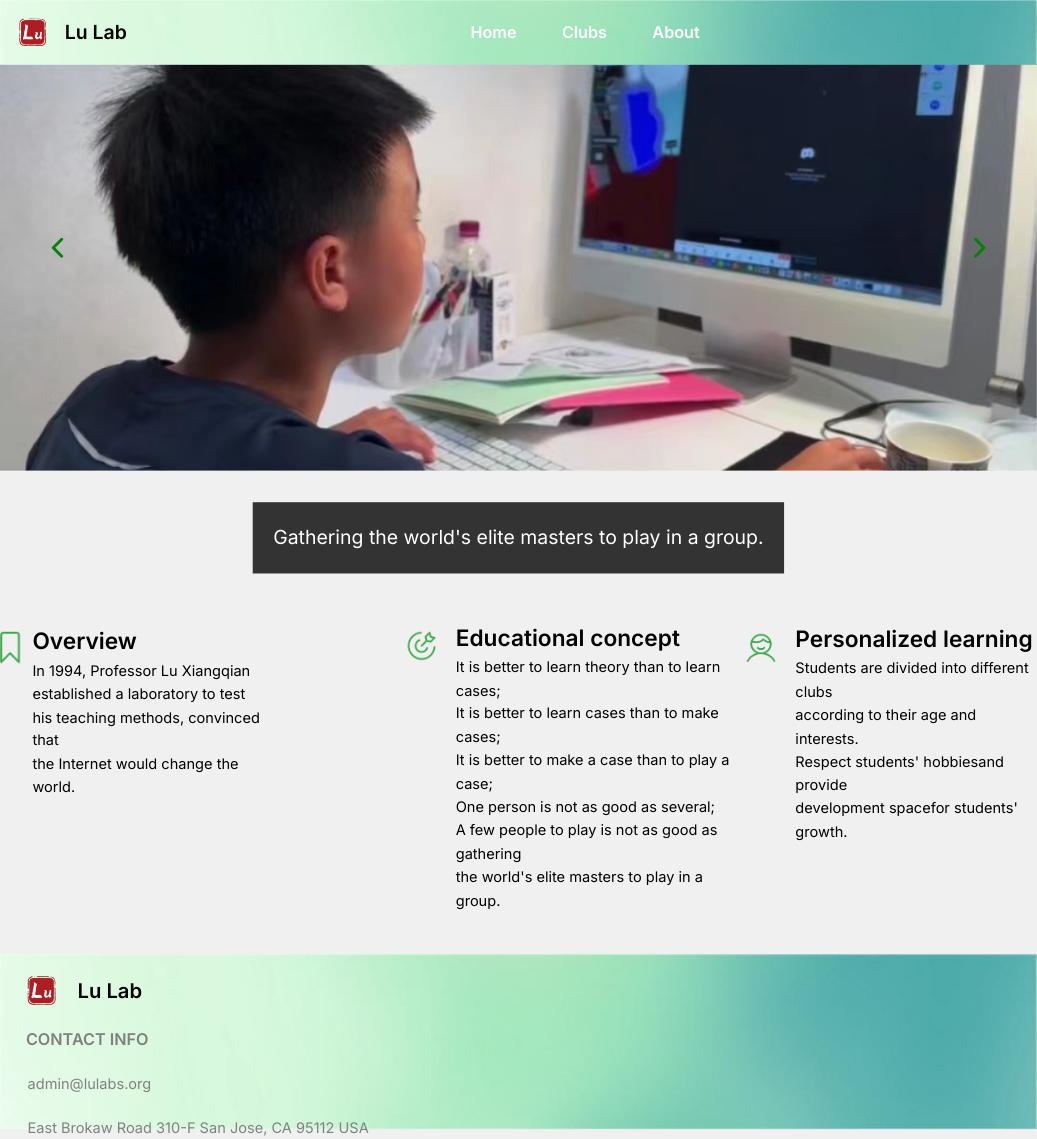
Repository: proflulab/lulab_website_next_js
Page: /
An editor plug-in stored every save of this project. The page is shown before and after the next save, followed by the edit.
The browser window is 1280 px wide. The pictures show the whole page, at 81% of full size.
The project was rebuilt for these pictures with package versions that can differ from the ones it lists, and the page was loaded fresh each time. The framework's server and built-in components were replaced by stand-ins that run in the browser. Also part of the build but not shown: next.config.js, next.config.mjs.

Above is the page before, as saved 2023-12-27 21:24:55.

### app/layout.tsx
import type { Metadata } from "next";
import { Inter } from "next/font/google";
import "./globals.css";

const inter = Inter({ subsets: ["latin"] });

export const metadata: Metadata = {
  title: "Lu Lab",
  description: "Lu Lab",
};

export default function RootLayout({
  children,
}: {
  children: React.ReactNode;
}) {
  return (
    <html lang="en">
      <body className={inter.className}>{children}</body>
    </html>
  );
}

### app/page.tsx
"use client";
import "./globals.css"; // 引入全局 CSS 文件

import React, { useState, useEffect, useRef } from "react";
import { FontAwesomeIcon } from "@fortawesome/react-fontawesome";
import {
  faChevronLeft,
  faChevronRight,
} from "@fortawesome/free-solid-svg-icons";
import Image from "next/image";

import Navbar from "./title/page";
import End from "./title/end";

// export default Navbar;

const Home: React.FC = () => {
  const [images, setImages] = useState<string[]>([]);
  const [currentImageIndex, setCurrentImageIndex] = useState<number>(0);

  useEffect(() => {
    const imageUrls = ["image3.jpg", "xueyuan.jpg", "image1.jpg"];
    setImages(imageUrls);
  }, []);

  useEffect(() => {
    const interval = setInterval(() => {
      setCurrentImageIndex((prevIndex) =>
        prevIndex === images.length - 1 ? 0 : prevIndex + 1
      );
    }, 5000);

    return () => clearInterval(interval);
  }, [images]);

  const showNextImage = () => {
    setCurrentImageIndex((prevIndex) =>
      prevIndex === images.length - 1 ? 0 : prevIndex + 1
    );
  };

  const showPreviousImage = () => {
    setCurrentImageIndex((prevIndex) =>
      prevIndex === 0 ? images.length - 1 : prevIndex - 1
    );
  };
  const [windowWidth, setWindowWidth] = useState<number>(0);

  const [isMobile, setIsMobile] = useState<boolean>(false);

  useEffect(() => {
    const handleResize = () => {
      const width = window.innerWidth;
      setIsMobile(width <= 768);
    };

    handleResize(); // 初始化时调用一次，设置初始的 isMobile 值

    window.addEventListener("resize", handleResize);

    return () => {
      window.removeEventListener("resize", handleResize);
    };
  }, []); // 空数组作为依赖，确保只在组件挂载时执行一次

  return (
    <>
      <Navbar />
      <div
        style={{
          display: "flex",
          flexDirection: "column",
          alignItems: "center",
        }}
      >
        <div
          style={{
            position: "relative",
            width: "100%",
            height: "85vh",
            maxWidth: "100%",
            maxHeight: "85vh",
          }}
        >
          {images.length > 0 && (
            // eslint-disable-next-line @next/next/no-img-element
            <img
              src={images[currentImageIndex]}
              alt={`Image ${currentImageIndex + 1}`}
              style={{
                width: "100%",
                height: "95%",
                objectFit: "cover",
                ...(isMobile
                  ? {
                      height: "75vh",
                      width: "100%",
                      objectFit: "cover",
                    }
                  : {}),
              }}
            />
          )}
          <div
            style={{
              position: "absolute",
              top: "50%",
              transform: "translateY(-50%)",
              left: "5%",
              right: "5%",
              display: "flex",
              justifyContent: "space-between",
            }}
          >
            <button
              onClick={showPreviousImage}
              style={{ color: "green", fontWeight: "bold", fontSize: "28px" }}
            >
              <FontAwesomeIcon icon={faChevronLeft} />
            </button>
            <button
              onClick={showNextImage}
              style={{ color: "green", fontWeight: "bold", fontSize: "28px" }}
            >
              <FontAwesomeIcon icon={faChevronRight} />
            </button>
          </div>
        </div>

        <div
          style={{
            position: "absolute",
            top: isMobile ? "400px" : "620px",
            justifyContent: "space-between",

            backgroundColor: "#333333",
            color: "#fff",
            padding: "25px",
            zIndex: 1,
            width: isMobile ? "80%" : "auto", // 根据屏幕大小更新宽度
          }}
        >
          <p style={{ fontSize: isMobile ? "20px" : "24px" }}>
            Gathering the world&apos;s elite masters to play in a group.
          </p>
        </div>

        <div
          style={{
            fontWeight: "bold",
            fontSize: "45px",
            color: "#000000",
            textAlign: "center",
            marginTop: "40px",
            marginBottom: "40px",
          }}
        >
          Welcome to Lu Lab
        </div>
        {isMobile && (
          <>
            <div
              style={{
                marginBottom: "20px",
                display: "flex",
                alignItems: "flex-start",
              }}
            >
              <Image
                src="/Overview.png"
                alt=""
                width={25}
                height={35}
                style={{ marginLeft: "-30px" }}
              />
              <div style={{ marginLeft: "15px" }}>
                <p
                  style={{
                    fontSize: "28px",
                    fontWeight: "600",
                    marginBottom: "5px",
                    marginTop: "-5px",
                  }}
                >
                  Overview
                </p>
                <p
                  style={{
                    fontSize: "18px",
                    fontWeight: "400",
                    lineHeight: "1.5",
                  }}
                >
                  In 1994, Professor Lu Xiangqian
                  <br /> established a laboratory to test
                  <br />
                  his teaching methods, convinced that
                  <br /> the Internet would change the world. <br />
                </p>
              </div>
            </div>

            <div
              style={{
                marginBottom: "20px",
                display: "flex",
                alignItems: "flex-start",
              }}
            >
              <Image
                src="/Edu.png"
                alt=""
                width={35}
                height={35}
                style={{ marginLeft: "35px" }}
              />
              <div style={{ marginLeft: "15px" }}>
                <p
                  style={{
                    fontSize: "28px",
                    fontWeight: "600",
                    marginBottom: "5px",
                    marginTop: "-5px",
                  }}
                >
                  Educational concept
                </p>
                <p
                  style={{
                    fontSize: "18px",
                    fontWeight: "400",
                    lineHeight: "1.5",
                  }}
                >
                  It is better to learn theory than to learn cases;
                  <br />
                  It is better to learn cases than to make cases;
                  <br />
                  It is better to make a case than to play a case;
                  <br />
                  One person is not as good as several;
                  <br />
                  A few people to play is not as good as gathering
                  <br />
                  the world&apos;s elite masters to play in a group.
                </p>
              </div>
            </div>

            <div
              style={{
                marginBottom: "20px",
                display: "flex",
                alignItems: "flex-start",
              }}
            >
              <Image
                src="/Person.png"
                alt=""
                width={35}
                height={35}
                style={{ marginLeft: "-15px" }}
              />
              <div style={{ marginLeft: "15px" }}>
                <p
                  style={{
                    fontSize: "28px",
                    fontWeight: "600",
                    marginBottom: "5px",
                    marginTop: "-5px",
                  }}
                >
                  Personalized learning
                </p>
                <p
                  style={{
                    fontSize: "18px",
                    fontWeight: "400",
                    lineHeight: "1.5",
                  }}
                >
                  Students are divided into different clubs
                  <br />
                  according to their age and interests.
                  <br />
                  Respect students&apos; hobbies and provide
                  <br />
                  development space for students&apos; growth.
                </p>
              </div>
            </div>
          </>
        )}

        {!isMobile && (
          <div
            style={{
              display: "flex",
              justifyContent: "left",
              marginTop: "20px",
            }}
          >
            <div style={{ flex: "1", marginRight: "160px" }}>
              <Image src="/Overview.png" alt="" width={25} height={35} />
              <div style={{ marginLeft: "40px" }}>
                <p
                  style={{
                    color: "black",
                    fontSize: "28px",
                    fontWeight: "600",
                    marginTop: "-50px",
                    textAlign: "left",
                  }}
                >
                  Overview
                </p>
                <p
                  style={{
                    color: "black",
                    fontSize: "18px",
                    fontWeight: "400",
                    textAlign: "left",
                  }}
                >
                  In 1994, Professor Lu Xiangqian
                  <br /> established a laboratory to test
                  <br />
                  his teaching methods, convinced that
                  <br /> the Internet would change the world. <br />
                </p>
              </div>
            </div>
            <div style={{ flex: "1.3", marginLeft: "20px" }}>
              {" "}
              <Image src="/Edu.png" alt="" width={35} height={35} />
              <div style={{ marginLeft: "60px" }}>
                <p
                  style={{
                    color: "black",
                    fontSize: "28px",
                    fontWeight: "600",
                    marginTop: "-50px",
                    textAlign: "left",
                  }}
                >
                  Educational concept
                </p>
                <p
                  style={{
                    color: "black",
                    fontSize: "18px",
                    fontWeight: "400",
                    textAlign: "left",
                  }}
                >
                  It is better to learn theory than to learn cases;
                  <br /> It is better to learn cases than to make cases;
                  <br /> It is better to make a case than to play a case;
                  <br /> One person is not as good as several;
                  <br /> A few people to play is not as good as gathering
                  <br /> the world&apos;s elite masters to play in a group.
                </p>
              </div>
            </div>
            <div style={{ flex: "1.11" }}>
              <Image src="/Person.png" alt="" width={35} height={35} />
              <div style={{ marginLeft: "60px" }}>
                <p
                  style={{
                    color: "black",
                    fontSize: "28px",
                    fontWeight: "600",
                    marginTop: "-50px",
                    textAlign: "left",
                  }}
                >
                  Personalized learning
                </p>
                <p
                  style={{
                    color: "black",
                    fontSize: "18px",
                    fontWeight: "400",
                    textAlign: "left",
                  }}
                >
                  Students are divided into different clubs
                  <br /> according to their age and interests.
                  <br /> Respect students&apos; hobbiesand provide
                  <br /> development spacefor students&apos; growth.
                </p>
              </div>
            </div>
          </div>
        )}

        <hr
          style={{
            marginBottom: "50px",
          }}
        />
        <End />
      </div>
    </>
  );
};

export default Home;

### app/globals.css
@tailwind base;
@tailwind components;
@tailwind utilities;
/* 全局样式 */
body {
  font-family: Arial, sans-serif;
  margin: 0;
  padding: 0;
  background-color: #f0f0f0;
  color: #333;
}

h1 {
  font-size: 2em;
  margin-bottom: 20px;
}

p {
  font-size: 16px;
  line-height: 1.5;
}

/* 媒体查询 */
/* 在小屏幕上应用的样式 */
/* globals.css 或者其他全局CSS文件 */
/* 在文件中添加媒体查询样式 */

/* 较小屏幕尺寸下调整内容位置 */
@media (max-width: 768px) {
  .additional-content {
    top: 550px; /* 调整顶部位置 */
    padding: 15px; /* 调整内边距 */
  }
}

/* 更小屏幕尺寸下调整内容位置 */
@media (max-width: 480px) {
  .additional-content {
    top: 500px; /* 更进一步调整顶部位置 */
    padding: 10px; /* 更进一步调整内边距 */
  }
}

/* 更多媒体查询和样式 */

@media (max-width: 768px) {
  body {
    font-size: 14px;
  }

  h1 {
    font-size: 1.5em;
    margin-bottom: 15px;
  }

  p {
    font-size: 14px;
    line-height: 1.4;
  }
}

/* 在更小的屏幕上应用的样式 */
@media (max-width: 480px) {
  body {
    font-size: 12px;
  }

  h1 {
    font-size: 1.2em;
    margin-bottom: 10px;
  }

  p {
    font-size: 12px;
    line-height: 1.3;
  }
}

/* 在大屏幕上应用的样式 */
@media (min-width: 1200px) {
  body {
    font-size: 18px;
  }

  h1 {
    font-size: 2.5em;
    margin-bottom: 25px;
  }

  p {
    font-size: 18px;
    line-height: 1.6;
  }
}

/* 更多自定义样式和媒体查询可以按需添加 */

### app/title/end.tsx
"use client";
import Link from "next/link";
import { useState, useEffect, useRef } from "react";
import Image from "next/image";
const End: React.FC = () => {
  return (
    <div style={{ position: "relative" }}>
      <Image src="/title.jpg" alt="" height="230" width="1700" />
      <div
        style={{
          position: "absolute",
          top: "20px",
          left: "2%",
          display: "flex",
          alignItems: "center",
        }}
      >
        <Image src="/logo.png" alt="" height="50" width="50" />
        <p
          style={{
            color: "black",
            fontSize: "25px",
            fontWeight: "600",
            marginLeft: "20px",
          }}
        >
          Lu Lab
        </p>
      </div>
      <div
        style={{
          position: "absolute",
          top: "90px",
          left: "2.5%",
          textAlign: "left",
        }}
      >
        <div
          style={{
            color: "grey",
            fontSize: "20px",
            fontWeight: "600",
          }}
        >
          CONTACT INFO
        </div>
        <div
          style={{
            color: "grey",
            fontSize: "18px",
            fontWeight: "400",
            marginLeft: "2px",
            textAlign: "left",
          }}
        >
          <br />
          admin@lulabs.org
          <br />
          <br />
          East Brokaw Road 310-F San Jose, CA 95112 USA <br />
        </div>
      </div>
    </div>
  );
};
export default End;

Loaded but not shown: tailwind.config.ts (common file); app/title/page.tsx (272 lines, source omitted)

After the next save:
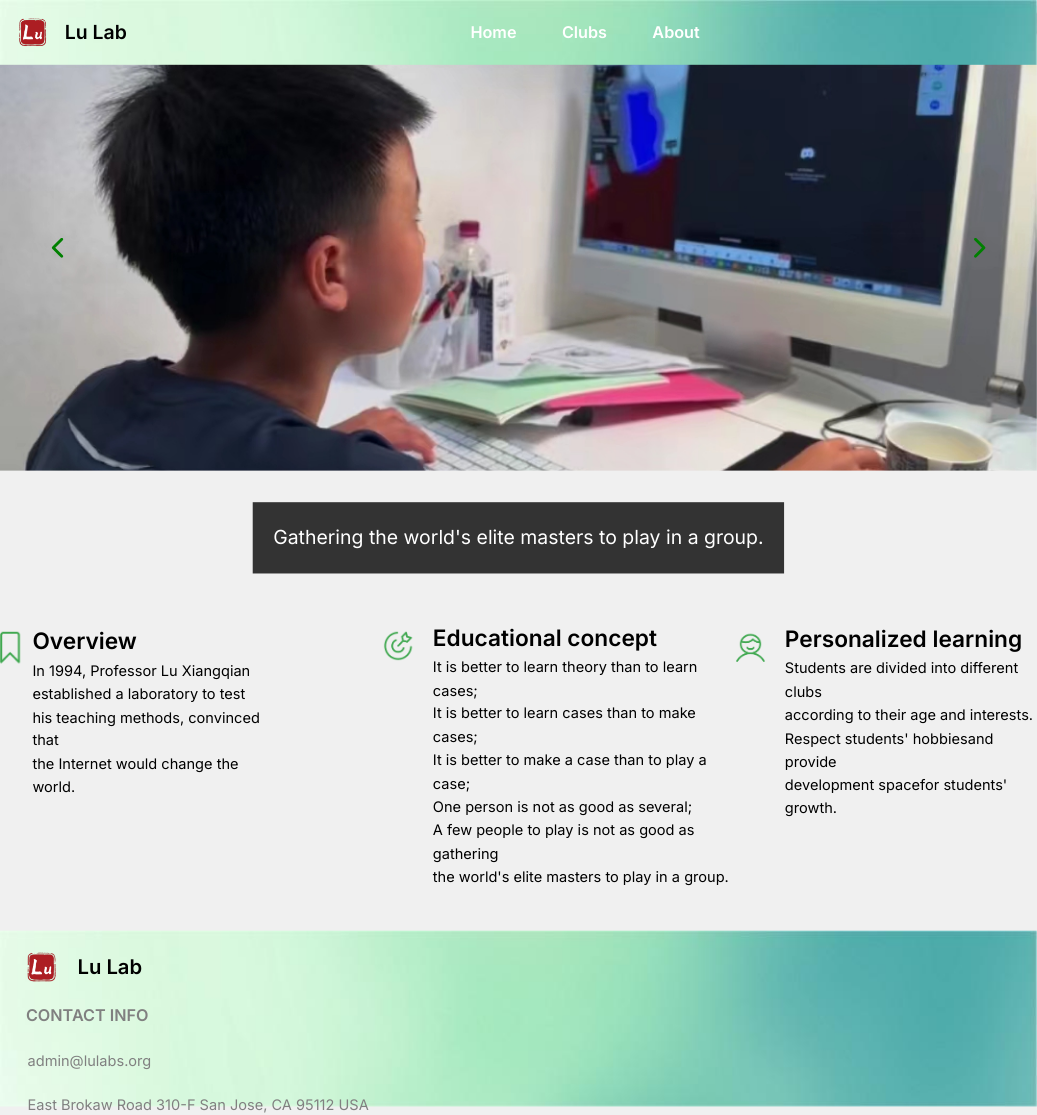
Saved 9 s later.
--- a/app/page.tsx
+++ b/app/page.tsx
@@ -330,7 +330,7 @@ const Home: React.FC = () => {
                 </p>
               </div>
             </div>
-            <div style={{ flex: "1.3", marginLeft: "20px" }}>
+            <div style={{ flex: "1.3", marginLeft: "-20px" }}>
               {" "}
               <Image src="/Edu.png" alt="" width={35} height={35} />
               <div style={{ marginLeft: "60px" }}>
